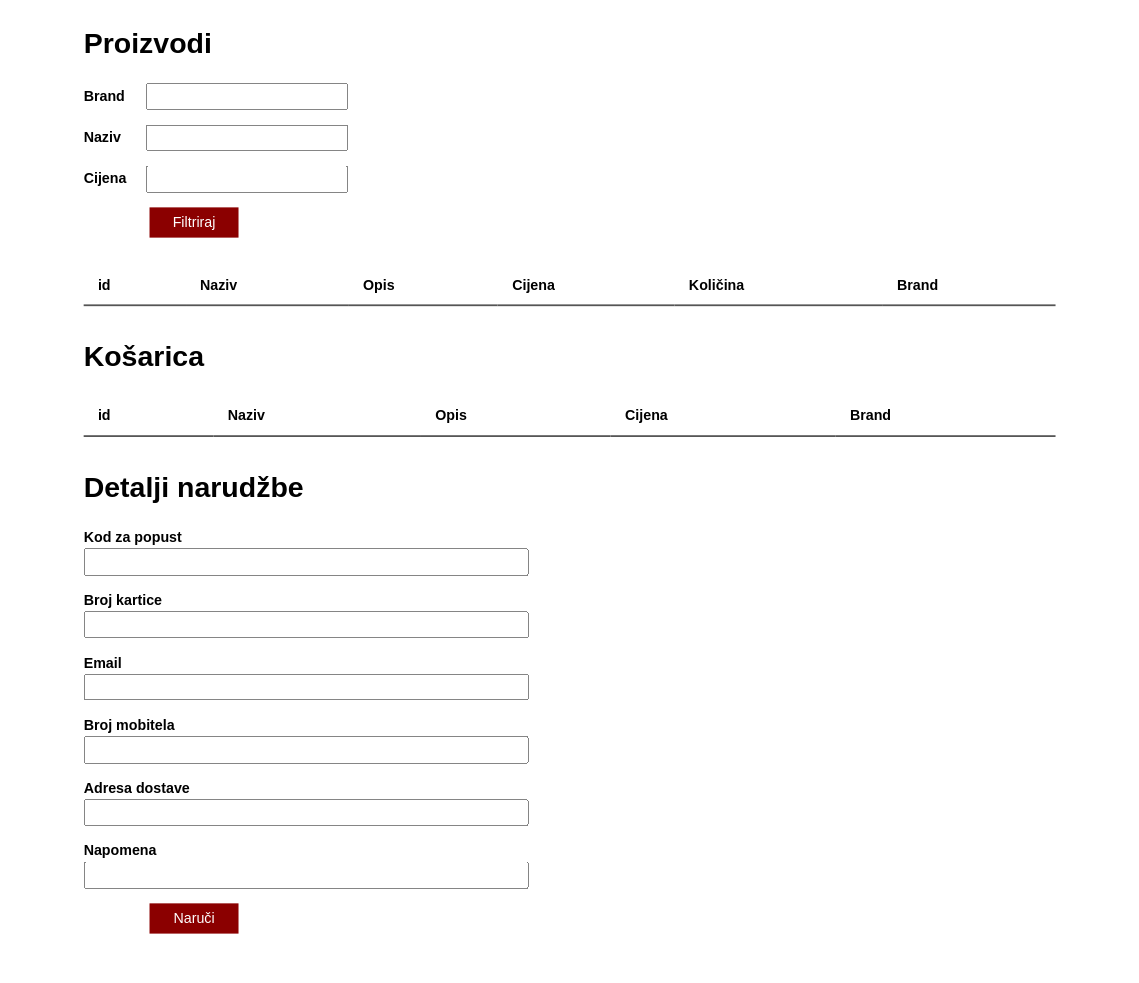
Repository: ivan-baljkas/pristupni_zadatak
Page: / (app in frontend/react-akademija-master/)
These files come from the project's save history. The page is drawn as it stood at one moment and after the next save; the edit follows.
The browser window is 1280 px wide. The pictures show the whole page, at 89% of full size.
The page's requests for data from a server got no answer. The project was rebuilt for these pictures with package versions that can differ from the ones it lists, and the page was loaded fresh each time. No one was signed in, and anything a server would have sent is missing. Also part of the build but not shown: frontend/react-akademija-master/src/components/TableItem.jsx, frontend/react-akademija-master/src/components/TableItem2.jsx.

Above is the page before, as saved 2021-07-26 11:39:45.

After the next save:
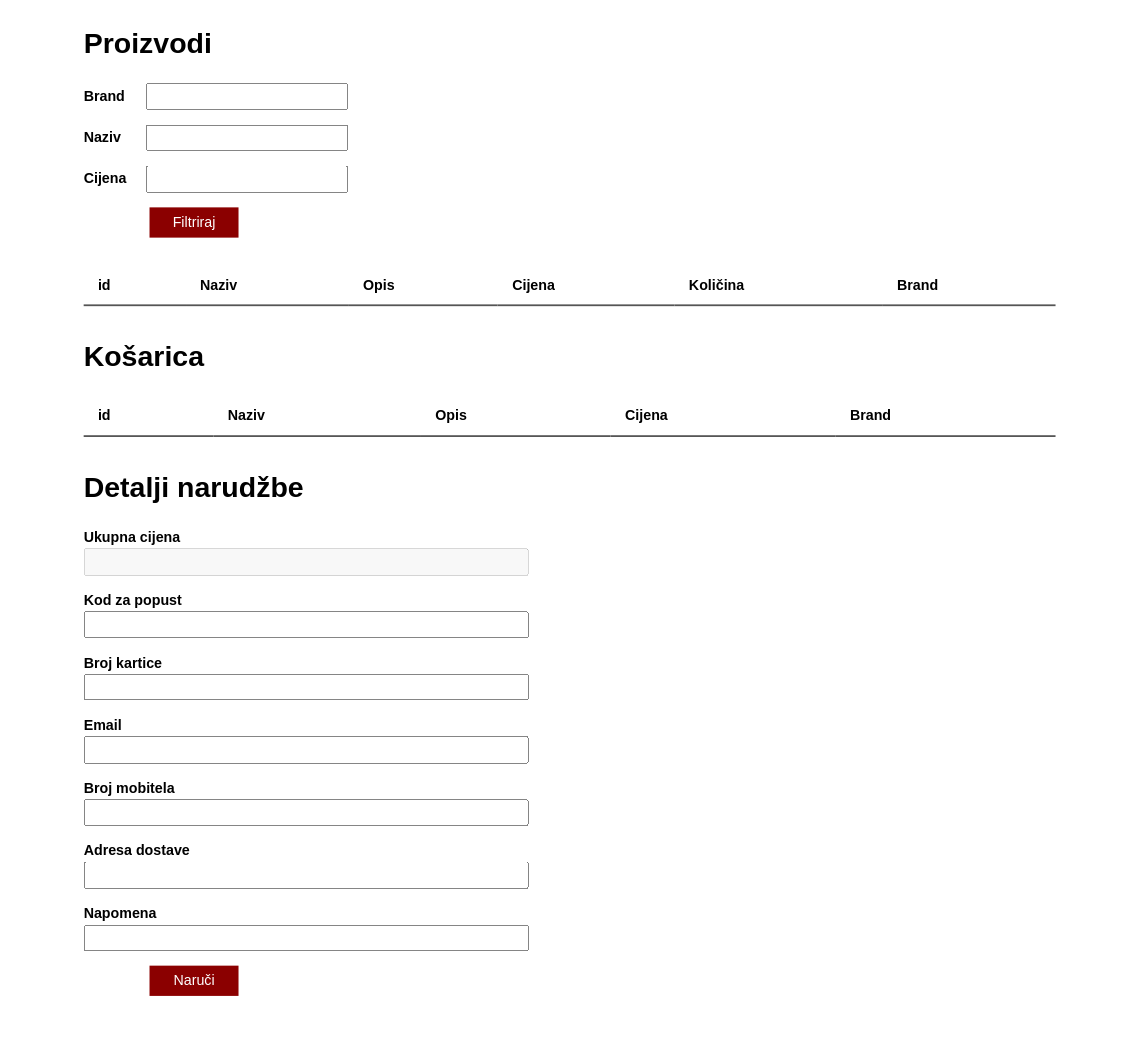
Saved 3 min 59 s later.
--- a/frontend/react-akademija-master/src/components/NarudzbaForm.jsx
+++ b/frontend/react-akademija-master/src/components/NarudzbaForm.jsx
@@ -5,6 +5,13 @@ export const NarudzbaForm = (props) =>{
     return(
         <div>
             <form className="container" onClick={props.handleSearch}>
+
+            <div>
+
+                <label htmlFor="query">Ukupna cijena</label>
+                <input type="number" id="brand" name="brand" disabled={true}/>
+
+            </div>
             <div>
 
                 <label htmlFor="query">Kod za popust</label>
